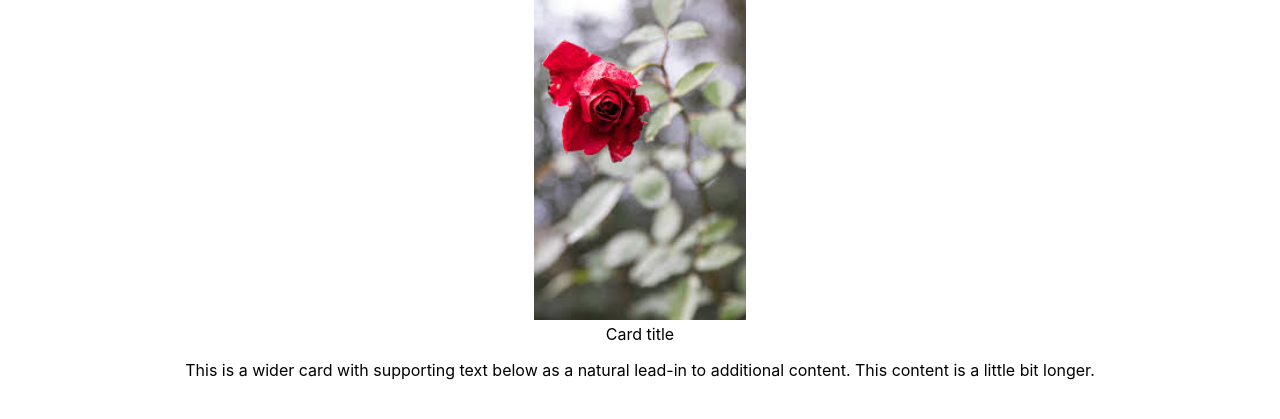
Repository: vakharia5/Preview
Page: /
An editor plug-in stored every save of this project. The page is shown before and after the next save, followed by the edit.
The browser window is 1280 px wide. The pictures show the whole page.
The project was rebuilt for these pictures with package versions that can differ from the ones it lists, and the page was loaded fresh each time.

Above is the page before, as saved 2020-06-22 13:31:47.

After the next save:
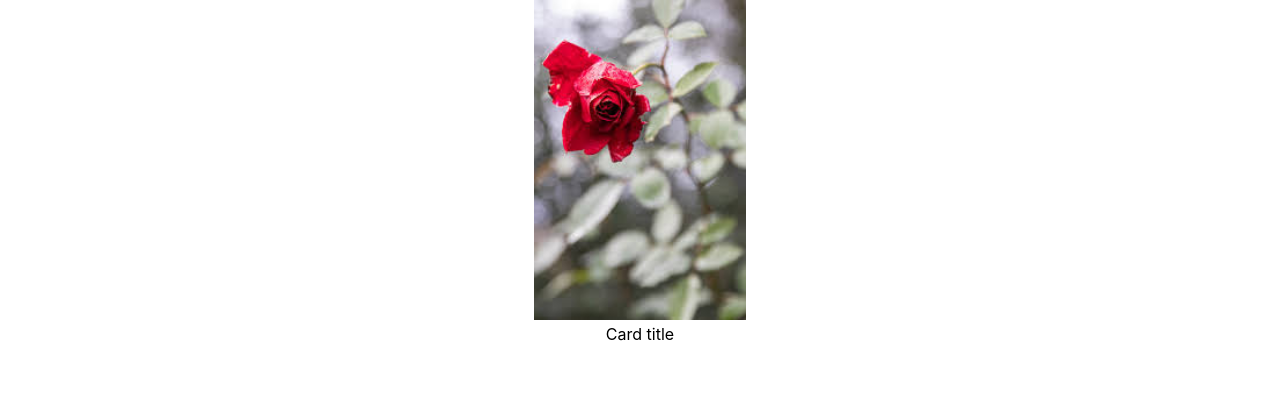
Saved 36 min 0 s later.
--- a/src/components/CardList.js
+++ b/src/components/CardList.js
@@ -9,17 +9,19 @@ class CardList extends Component {
    <div>
        <Container>
        <Row sm={1} md={2} lg={4}>
+
         <Card  border="secondary" style={{ height : '20rem'}}>
   <Card.Img src={img} alt="Card image" style={{ height : '20rem'}} />
   <Card.ImgOverlay>
     <Card.Title>Card title</Card.Title>
     <Card.Text>
-      This is a wider card with supporting text below as a natural lead-in to
-      additional content. This content is a little bit longer.
+      {Data.name}
     </Card.Text>
   </Card.ImgOverlay>
 </Card>
  <br />
+
+
  {/* <Card  border="secondary" style={{height : '20rem'}}>
   <Card.Img src={img} alt="Card image" style={{height : '20rem'}} />
   <Card.ImgOverlay>
